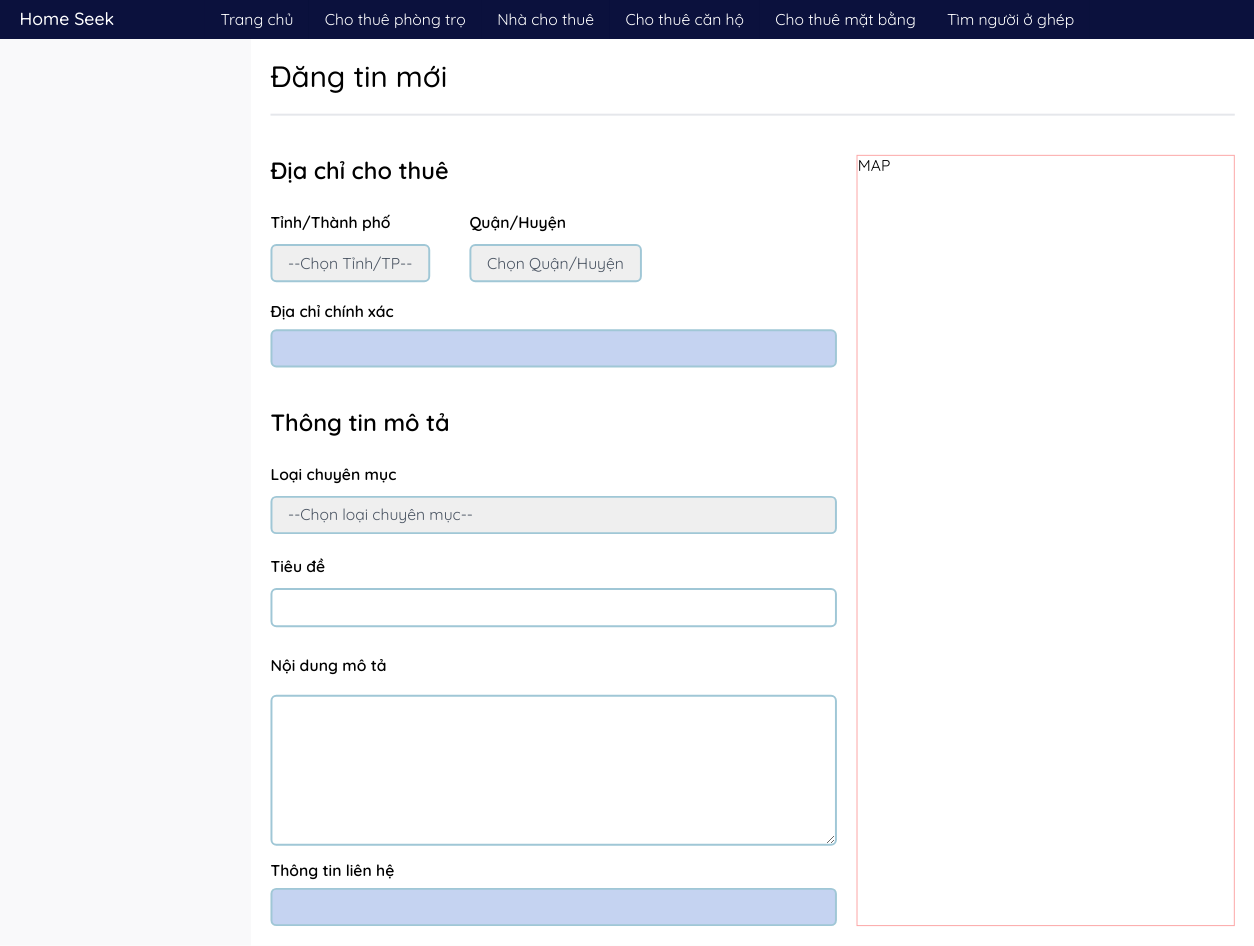
Repository: ajincome26/homeseek
Page: /create (app in client/)
The author's editor kept a copy of each file at every save. The page is drawn from the files as they stood at one save, then again after the next save.
The browser window is 1280 px wide. The pictures show the whole page, at 98% of full size.
The page's requests for data from a server got no answer. The project was rebuilt for these pictures with package versions that can differ from the ones it lists, and the page was loaded fresh each time. Some packages were replaced by stand-ins written for this rebuild. No one was signed in, and anything a server would have sent is missing. Also part of the build but not shown: client/vite.config.ts, client/src/components/Footer/Footer.tsx, client/src/components/Button/Button.tsx, client/src/components/Button/index.ts, client/src/utils/utils.tsx, client/src/components/MainHeader/components/User.tsx, client/src/components/Popover/Popover.tsx, client/src/components/Popover/index.ts and 16 more.

Above is the page before, as saved 2024-01-10 05:34:51.

After the next save:
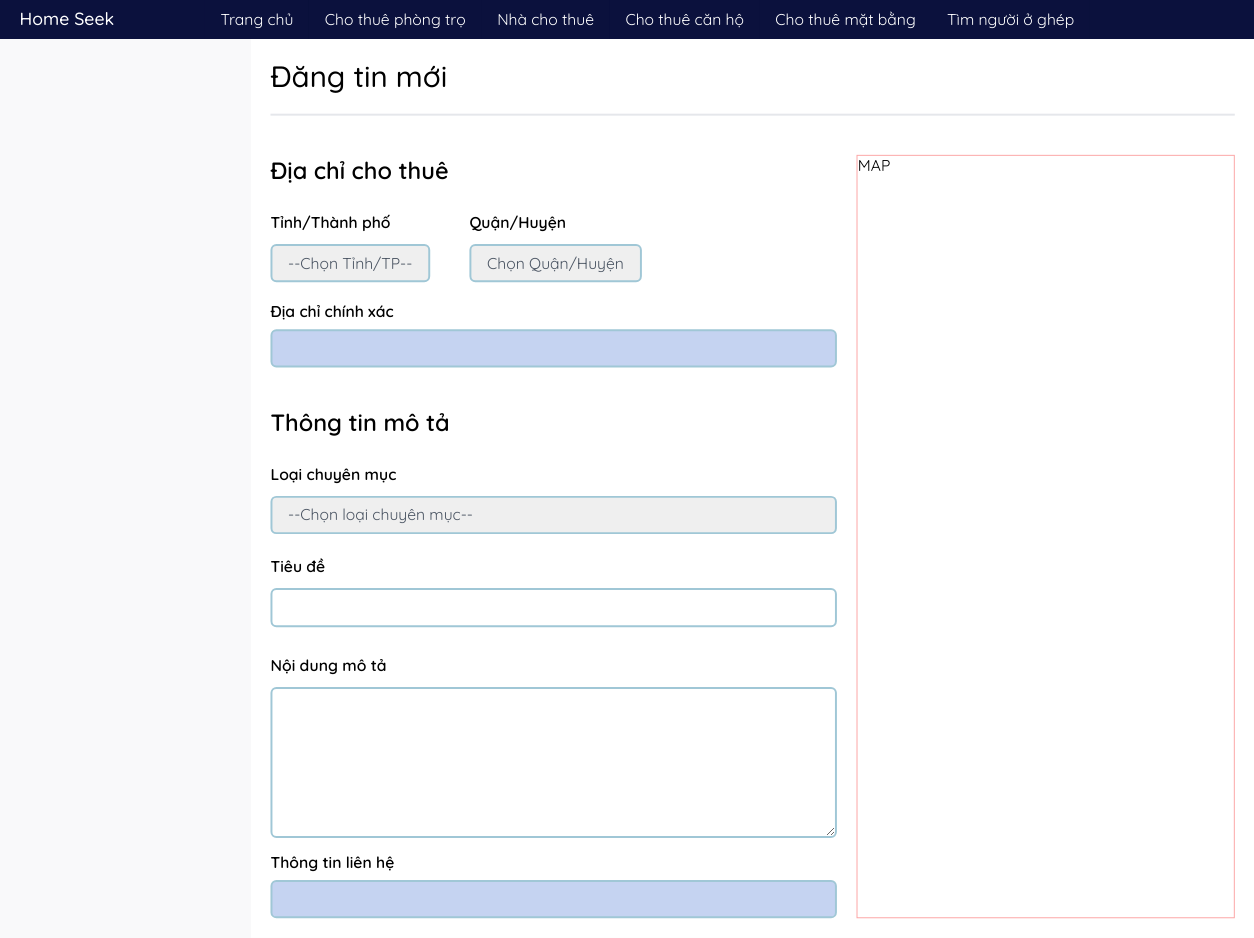
Saved 39 s later.
--- a/client/src/pages/CreatePostPage/components/Overview.tsx
+++ b/client/src/pages/CreatePostPage/components/Overview.tsx
@@ -52,7 +52,7 @@ const Overview = () => {
           </Label>
           <textarea
             id='desc'
-            className='mt-2 cr-input-text'
+            className='cr-input-text'
             rows={7}
             // value={payload.description}
             // onChange={(e) => setPayload((prev) => ({ ...prev, description: e.target.value }))}
